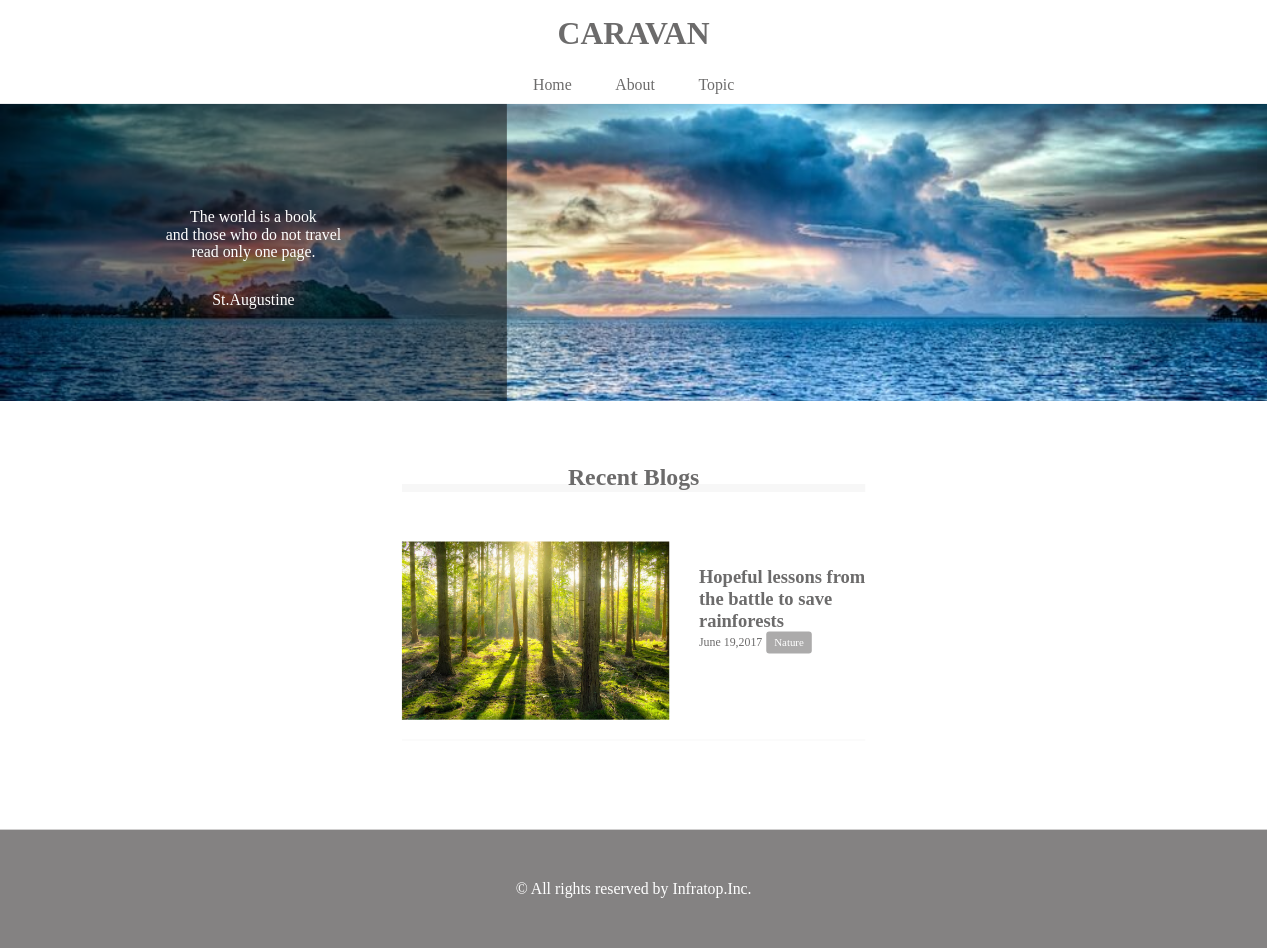
Repository: mitoma99/task4
Page: caravan/index.html
The author's editor kept a record of every edit. The page is drawn from the files as they stood at one moment, then again after the next edit.
The browser window is 1280 px wide. The pictures show the whole page, at 99% of full size.

Above is the page before.

After the next edit:
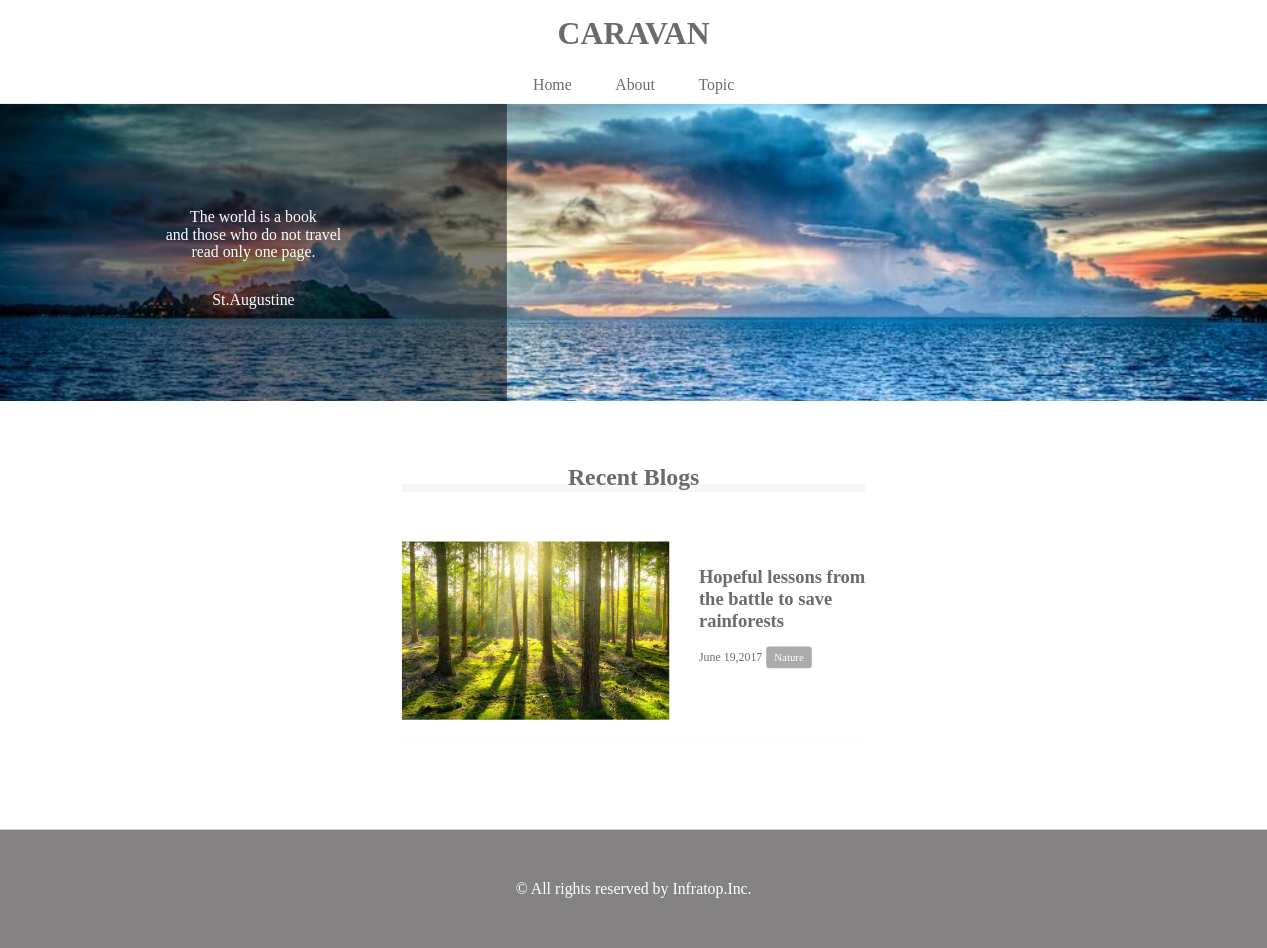
The edit:
--- a/caravan/index.html
+++ b/caravan/index.html
@@ -47,7 +47,7 @@
       <div class="blog-item">
         <img class="blog-image" src="img/forest.jpg"/>
         <section class="blog-text">
-          <h3>
+          <h3 class="blog-text-heading">
             <a href="single.html">
               Hopeful lessons from<br>
               the battle to save<br>
